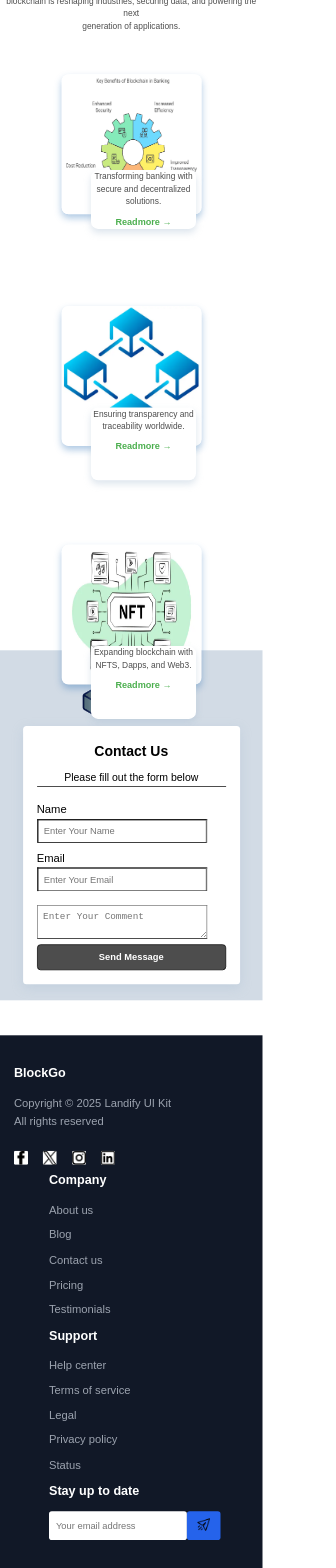
Repository: Tafsirul555/Assignment
Page: Assignment/index.html
The author's editor kept a copy of each file at every save. The page is drawn from the files as they stood at one save, then again after the next save.
The browser window is 375 px wide. The page is 480 px wide, so the pictures cover 480 px, including what lies to the right of the window. The pictures show the part of the page from y = 2870 to 5110 px (the page is 5110 px tall), at 70% of full size.

Above is the page before, as saved 2025-06-12 23:36:02.

### Assignment/index.html
<!DOCTYPE html>
<html lang="en">
<head>
    <meta charset="UTF-8">
    <meta name="viewport" content="width=device-width, initial-scale=1.0">
    <link rel="stylesheet" href="Assignment1.css">
    <title>Document</title>
</head>
<body>
    <nav class="navbar">

        <div class="logo">
            <h1>BlockGo</h1>
        </div>

        <div class="nav-link">

                    <a href="#">Home</a>
                    <a href="#">Blog</a>
                    <a href="#">Contact</a>
                    <a href="#">About</a>
        </div>
        <div class="Data">
            <a href="#" class="SignUp">Sign Up</a>
            <p>&nbsp;or&nbsp;</p>
            <a href="#" class="Login">Login</a>
        </div>
    </nav>

    <header class="Headerbar">

        <div class="Header-banner">
            <h1>Learn Center</h1>
            <p>Your hub for no-nonsense articles, videos, and how-to guides to help you get up to speed on all things crypto and blockchain</p>

            <a href="#" class="headerbutton">Learn More</a>
        </div>
         <div class="bannerpic">
            <img src="../Assignment/Pic/blockchain-20-8079799-6591924-removebg-preview.png" alt="Blockchain">
        </div>
    </header>

    <main class="mainbar">
        <div class="main-text">
        <h1>Our Clients</h1>
        <p>We have been working with some fortune 500+ clients</p>
        </div>

        <div class="main-pic">
            <img src="../Assignment/Pic/icon/block.png" alt="block.png">
            <img src="../Assignment/Pic/icon/blockchain.png" alt="blockchain.png">
            <img src="../Assignment/Pic/icon/crypto-wallet.png" alt="crypto-wallet.png">
            <img src="../Assignment/Pic/icon/currency-exchange (1).png" alt="currency-exchange (1).png">
            <img src="../Assignment/Pic/icon/currency-exchange.png" alt="currency-exchange.png">
            <img src="../Assignment/Pic/icon/secure.png" alt="secure.png">
        </div>
    </main>

    <section class="sectionbar">
        <div class="section-text">
        <h1>Explore the Power of <br>Blockchain in key Sectors</h1>

<p>Who can benefit from blockchain technology?</p>
</div>
    </section>

    <article class="articlebar">

        <div class="article-cc">
            <img src="../Assignment/Pic/icon/group (1).png" alt="group.png">
            <h1>Creator Communities</h1>
            <p>Support creators with NFT<br>marketplaces and direct engagement<br>with their audience.</p>
            </div>

       <div class="article-fi">
        <img src="../Assignment/Pic/icon/corporation.png" alt="corporation.png">
       <h1>Financial Institutions</h1>
       <p>Blockchain enables secure,<br>transparent, and decentralized<br>financial transactions</p>
        </div>

        <div class="article-scm">
            <img src="../Assignment/Pic/icon/procurement.png" alt="procurement.png">
            <h1>Supply Chain Management</h1>
            <p>Enhance traceability, transparency,<br>and operational efficiency across<br>global supply chains</p>
        </div>
    </article>

    <figure class="figurebar">

        <div class="figure-text">
            <h2>Helping Blockchain<br>Transform the World</h2>
            <p>We reached here with innovation and decentralization</p>
        </div>

        <div class="figure-box">

            <div class="figure-box1">

        <div class="figure-bn">
            <div class="figure-bn-img">
            <img src="../Assignment/Pic/icon/group.png" alt="">
            </div>
            <div class="figure-bn-text">
            <h2>120+</h2>
            <p>Blockchain Network</p>
            </div>
        </div>

        <div class="figure-sc">
            <div class="figure-sc-img">
            <img src="../Assignment/Pic/icon/mutual.png" alt="">
            </div>
            <div class="figure-sc-text">
            <h2>420,000+</h2>
            <p>Smart Contracts</p>
            </div>
        </div>
        </div>

        <div class="figure-box2">
        <div class="figure-tvl">
            <div class="figure-tvl-img">
            <img src="../Assignment/Pic/icon/tap.png" alt="">
            </div>
            <div class="figure-tvl-text">
            <h2>$150 Billion+</h2>
            <p>Total Value Locked</p>
            </div>
        </div>

        <div class="figure-aw">
            <div class="figure-aw-img">
            <img src="../Assignment/Pic/icon/wallet.png" alt="">
            </div>
            <div class="figure-aw-text">
            <h2>1,245,000+</h2>
            <p>Active Wallets</p>
            </div>
        </div>
        </div>
        </div>
    </figure>

    <aside class="BlockchainFuture">

        <div class="BlockchainFuture-text">
            <h2>Blockchain: The Foundation of the Future</h2>
            <p>Discover the latest blockchain trends, innovations, and use cases. Learn how <br>blockchain is reshaping industries, securing data, and powering the next <br>generation of applications.</p>
        </div>

    <div class="BlockchainFutureBox">

    <div class="BlockchainFuture-box1">
        <div class="img1">
            <img src="../Assignment/Pic/bank.png" alt="bank">
        </div>
        <div class="text1">
        <p>Transforming banking with<br>secure and decentralized<br>solutions.</p>
        <p class="readmore">Readmore →</p>
        </div>
    </div>

    <div class="BlockchainFuture-box2">
        <div class="img2">
            <img src="../Assignment/Pic/transparency.webp" alt="transparency">
        </div>
        <div class="text2">
        <p>Ensuring transparency and<br>traceability worldwide.</p>
        <p class="readmore">Readmore →</p>
        </div>
    </div>

    <div class="BlockchainFuture-box3">
        <div class="img3">
            <img src="../Assignment/Pic/Top-10-NFT-DApps-in-2023-01.webp" alt="NFT DApps">
        </div>
        <div class="text3">
        <p>Expanding blockchain with<br>NFTS, Dapps, and Web3.</p>
        <p class="readmore">Readmore →</p>
        </div>
    </div>

</div>

  </aside>

  <div class="Contact">

    <div class="Contact-Img">
        <img src="../Assignment/Pic/blockchain.png" alt="Blockchain">
    </div>

    <div class="Contact-Form">
        <form action="">
            <caption><h1>Contact Us</h1> <p>Please fill out the form below</p></caption>
        <form action="">

            <label for="name">Name</label>
            <input type="text" name="Name" id="name" placeholder="Enter Your Name" required> <br>

            <label for="email">Email</label>
            <input type="email" name="Email" id="email" placeholder="Enter Your Email" required> <br>

            <textarea name="Comment" id="comment" placeholder="Enter Your Comment"  required></textarea>

            <button type="submit">Send Message</button>
        </form>
    </div>
  </div>

  <footer class="footer">
  <div class="footer-container">
    <div class="footer-column1">
      <h4>BlockGo</h4>
      <p>Copyright &copy; 2025 Landify UI Kit <br> All rights reserved</p>
      <div class="footer-socials">
        <a href="#"><img src="../Assignment/Pic/icon/facebook.png " alt="Facebook"></a>
        <a href="#"><img src="../Assignment/Pic/icon/twitter.png" alt="Twitter"></a>
        <a href="#"><img src="../Assignment/Pic/icon/instagram.png" alt="Instagram"></a>
        <a href="#"><img src="../Assignment/Pic/icon/linkedin.png" alt="linkedin"></a>
      </div>
    </div>

    <div class="footer-column">
      <h4>Company</h4>
      <ul>
        <li><a href="#">About us</a></li>
        <li><a href="#">Blog</a></li>
        <li><a href="#">Contact us</a></li>
        <li><a href="#">Pricing</a></li>
        <li><a href="#">Testimonials</a></li>
      </ul>
    </div>

    <div class="footer-column">
      <h4>Support</h4>
      <ul>
        <li><a href="#">Help center</a></li>
        <li><a href="#">Terms of service</a></li>
        <li><a href="#">Legal</a></li>
        <li><a href="#">Privacy policy</a></li>
        <li><a href="#">Status</a></li>
      </ul>
    </div>

    <div class="footer-column">
      <h4>Stay up to date</h4>
      <form class="newsletter-form">
        <input type="email" placeholder="Your email address">
        <button type="submit">
            <img src="../Assignment/Pic/icon/direct.png" alt="Send Icon">
        </button>
      </form>
    </div>
  </div>
</footer>

</body>
</html>

### Assignment/Assignment1.css
*{
    margin: 0;
    padding: 0;
    box-sizing: border-box;
    text-decoration: none;
}

body{
    font-family: Arial, sans-serif;
    line-height: 1.6;
    height: 100%;
    background: rgba(255, 255, 255, 1);
}

.navbar{
    width: 100%;
    height: 9vh;
    color: #f5f5ff 0%;
    box-shadow: 0px 2.78px 5.57px 0px rgba(171, 190, 209, 0.4);
    position: fixed;
    display: flex;
    justify-content: center;
    align-items: center;
}

.navbar div,
.navbar a,
.navbar h1,
.navbar p{
    display: inline-block;
}

.navbar .nav-link a{
    color: rgba(77, 77, 77, 1);
}


.navbar div,
.navbar a,
.navbar p{
    font-size: 2vh;
}

.navbar .logo,
.navbar .nav-link{
    margin-right: 290px;
}

.navbar .logo,
.navbar .nav-link,
.navbar .data,
.navbar p{
    padding: 10px;
    text-align: center;
}

.navbar .nav-link a{
    padding-right: 3vw;
}

.SignUp,
.Login{
    background-color: rgba(203, 213, 225, 1);
    width: 9vw;
    height: 7vh;
    padding: 10px;
    border-radius: 5px;
    text-align: center;
    font-weight: bold;
    color: black;
}

.Headerbar{
    width: 100%;
    height: 400px;
    background-color: rgba(245, 247, 250, 1);
    display: flex;
    justify-content: center;
    align-items: center;
    padding: 20px;
    gap: 27vw;
    flex-wrap: wrap;
}

.Header-banner{
    display: flex;
    flex-direction: column;
    align-content: center;
    max-width: 400px;
}

.bannerpic{
    width: 150px;
    height: auto;
    object-fit: contain;
    margin-top: 70px;
    margin-right: 20px;
}

.Headerbar p,
.Headerbar h1,
.Headerbar a,
.Headerbar img,
.Header-banner,
.bannerpic{
    background-color: rgba(245, 247, 250, 1);
}

.Headerbar h1{
    margin-top: 80px;
}

.Headerbar p,
.Headerbar h1,
.Headerbar a{
    padding-bottom: 20px;
}

.Header-banner h1{
    font-weight:bold;
    font-size: 44.55px;
    line-height: 52.9px;
    letter-spacing: 0%;
    color: rgba(77, 77, 77, 1);
}

.Header-banner p{
    max-width: 100%;
    word-wrap: break-word;
    color: rgba(77, 77, 77, 1);
    text-align: left;
}

.Header-banner .headerbutton{
    background-color: rgba(203, 213, 225, 1);
    width: 103px;
    height: 50px;
    padding: 10px;
    border-radius: 5px;
}

.Header-banner a{
    color: rgba(2, 6, 23, 1);
    font-family:'Times New Roman', Times, serif;
}

@media (max-width: 550px) {
  .Headerbar {
    flex-direction: column;
    justify-content: flex-start;
    align-items: center;
    height: auto;
  }

  .Header-banner{
    align-items: center;
    text-align: center;
    order: 1;
  }

  .bannerpic {
    width: 200px;
    margin-bottom: 20px;

  }
}

.mainbar{
    width: 100%;
    height: 500px;
    display: flex;
    text-align: center;
    flex-direction: column;
}

.mainbar img{
    display: inline-block;
    width: 27.8427791595459px;
    height: auto;
    margin-left: 120px;

}

.mainbar h1{
    margin-top: 120px;
    color: rgba(77, 77, 77, 1);
}

.mainbar p{
    color: rgba(77, 77, 77, 1);
}

.mainbar p,
.mainbar img{
    margin-top: 30px;
}

@media (max-width: 550px) {
  .mainbar {
    flex-direction: column;
    justify-content: flex-start;
    align-items: center;
    height: auto;
  }

  .main-pic {
    display: inline-block;
    width: 400px;

  }
}

section{
    margin-top: -72px;
}

section h1,
section p{
    text-align: center;
    max-width: 100%;
    word-wrap: break-word;
    color: rgba(77, 77, 77, 1);
}

section p{
    font-size: smaller;
}

@media (max-width: 550px) {
  .sectionbar {
    text-align: center;
    height: auto;
    margin-top: 50px;
  }
}


.articlebar{
    width: 100%;
    height: 200px;
    display: flex;
    justify-content: space-between;
    align-items: center;
    text-align: center;
    flex-wrap: wrap;
    display: inline-block;
    margin-top: 100px;
    color: rgba(77, 77, 77, 1);
}

article img{
    width: 50px;
    height: auto;
}

.articlebar p{
    font-size: small;
}

.articlebar .article-cc,
.articlebar .article-fi,
.articlebar .article-scm{
    display: inline-block;
}

.articlebar .article-fi{
    margin-left: 75px;
    margin-right: 75px;
}

.figurebar{
    width: 100%;
    height: 250px;
    color: rgba(77, 77, 77, 1);
    background-color: rgba(245, 247, 250, 1);
    display: flex;
    justify-content: center;
    align-items: center;
    flex-wrap: wrap;
}

.figurebar .figure-text,
.figurebar .figure-bn,
.figurebar .figure-sc,
.figurebar .figure-tvl,
.figurebar .figure-aw,
.figurebar .figure-box,
.figurebar div,
.figurebar h2,
.figurebar p,
.figurebar img{
    background-color: rgba(245, 247, 250, 1);
}

.figurebar .figure-box img {
    width: 50px;
}

.figure-bn .figure-bn-img,
.figure-bn .figure-bn-text{
    display: inline-block;
}

.figure-sc .figure-sc-img,
.figure-sc .figure-sc-text{
    display: inline-block;
}
.figure-tvl .figure-tvl-img,
.figure-tvl .figure-tvl-text{
    display: inline-block;
}

.figure-aw .figure-aw-img,
.figure-aw .figure-aw-text{
    display: inline-block;
}

.figure-box1 .figure-bn,
.figure-box1 .figure-sc{
    display: inline-block;
}
.figure-box2 .figure-tvl,
.figure-box2 .figure-aw{
    display: inline-block;
}

.figurebar .figure-text{
    margin-right: 150px;
}

.figurebar .figure-bn,
.figure-box .figure-tvl{
    padding-right: 6vw;
}

.figurebar .figure-box1{
    margin-bottom: 2vw;
}

.figurebar img{
    margin-right: 10px;
}

@media (max-width: 550px) {
  .figurebar {
    flex-direction: column;
    display: flex;
    align-items: center;
    justify-content: center;
    align-items: center;
    height: auto;
  }

  .figure-text,
  .figure-box{
    margin-left: 80px;
    margin-top: 50px;
  }

  .figure-text {
    text-align: center;
  }

  .figure-box {
    display: flex;
    justify-content: center;
    display: inline-block;
    width: 400px;

  }

  .figurebar .figure-text,
.figurebar .figure-bn,
.figurebar .figure-sc,
.figurebar .figure-tvl,
.figurebar .figure-aw,
.figurebar .figure-box,
.figurebar div,
.figurebar h2,
.figurebar p,
.figurebar img{
    background-color: rgba(245, 247, 250, 1);
}
}

.BlockchainFuture {
    width: 100%;
    height: auto;
    color: rgba(77, 77, 77, 1);
    padding: 50px 0;
    position: relative;
}

.BlockchainFuture-text {
    margin-bottom: 50px;
    text-align: center;
}

.BlockchainFuture .BlockchainFuture-text p{
    font-size: 12px;
    line-height: 1.5;
}

.BlockchainFutureBox {
    display: flex;
    justify-content: center;
    flex-wrap: wrap;
}

.BlockchainFuture-box1,
.BlockchainFuture-box2,
.BlockchainFuture-box3 {
    width: 300px;
    text-align: center;
    max-width: 400px;

}

.BlockchainFutureBox img {
    width: 200px;
    height: 200px;
    box-shadow: 0px 5.57px 11.14px 0px rgba(51, 118, 186, 0.4);
    border-radius: 10px;
}

.BlockchainFutureBox p {
    font-size: 14px;
    margin: 10px 0;
}

.BlockchainFuture-box1 .text1,
.BlockchainFuture-box2 .text2,
.BlockchainFuture-box3 .text3{
    width: 150px;
    box-shadow: 0px 5.57px 11.14px 0px rgba(171, 190, 209, 0.4);
    border-radius: 10px;
    margin-left: 77px;
    position: absolute;
    background-color: white;
    top: 76%;
    max-width: 200px;
}

.BlockchainFuture-box1 .text1 p,
.BlockchainFuture-box2 .text2 p,
.BlockchainFuture-box3 .text3 p{
    font-size: 12px;
    line-height: 1.5;
    display: block;
}

.BlockchainFuture-box1 .text1 .readmore,
.BlockchainFuture-box2 .text2 .readmore,
.BlockchainFuture-box3 .text3 .readmore{
    font-weight: bold;
    font-size: 13px;
    color: rgba(76, 175, 79, 1);

}

.BlockchainFuture-box2 .text2 ,
.BlockchainFuture-box3 .text3{
    height: 103.5px;
}

.BlockchainFuture-box1 .img1,
.BlockchainFuture-box2 .img2,
.BlockchainFuture-box3 .img3{
    pointer-events: none;
    display: block;
}

.BlockchainFutureBox .BlockchainFuture-box1 :hover{
    background-color: rgba(204, 193, 193, 0.98);
}

.BlockchainFutureBox .BlockchainFuture-box2 :hover{
    background-color: rgba(204, 193, 193, 0.98);
}

.BlockchainFutureBox .BlockchainFuture-box3 :hover{
    background-color: rgba(204, 193, 193, 0.98);
}


@media (max-width: 480px) {
    .BlockchainFuture {
        display: flex;
        flex-direction: column;
        align-items: center;
        justify-content: flex-start;
        height: 1000px;
    }

    .BlockchainFuture-box1,
    .BlockchainFuture-box2,
    .BlockchainFuture-box3 {
        width: 100%;
        text-align: center;
        margin-bottom: 200px;
    }

    .BlockchainFuture-box2 {
        order: 1;
    }

    .BlockchainFuture-box3 {
        order: 2;
    }

    .BlockchainFuture-box1 .text1,
    .BlockchainFuture-box2 .text2,
    .BlockchainFuture-box3 .text3 {
        text-align: center;
        position: relative;
        margin-top: -180px;
       margin-left: 130px;

    }
}


.Contact{
    width: 100%;
    height: 450px;
    display: flex;
    justify-content: space-between;
    align-items: center;
    background-color: rgba(203, 213, 225, 0.85);
    margin-top: 100px;
}

.Contact img{
    width: 250px;
    height: auto;
    margin-left: 200px;
}

.Contact-Form{
    background-color: white;
    box-shadow: 0 5px 15px rgba(171, 190, 209, 0.4);
    color: black;
    width: 310px;
    height: 90%;
    padding: 20px;
    border-radius: 5px;
    position: relative;
    margin-right: 200px;
}

.Contact h1,p{
    text-align: center;
    margin-bottom: 10px;
}

.Contact input,
.Contact textarea{
    margin-bottom: 6px;
    padding: 3px;
    border-bottom: 1px solid black;
}

.Contact p{
    border-bottom: 1px solid black;
    margin-bottom: 20px;
}

.Contact button{
    padding: 10px;
    /* background-color: rgba(205, 25, 25, 0.765); */
    margin-top: 8px;
    border-radius: 5px;
    border: 1px solid black;
    width: 100%;
    text-align: center;
    display: block;
    margin: 20px auto 0;
    background-color: rgba(77, 77, 77, 1);
    color: white;
    font-weight: bold;
    cursor: pointer;
}

.Contact button:hover{
    /* background-color: rgb(104, 4, 4); */
    color: black;
    border: none;
    background-color: rgba(164, 153, 153, 0.929);
}

.Contact input[type="text"],
.Contact input[type="email"],
.Contact textarea[name="Comment"]{
    width: 100%;
    padding: 8px;
    margin-bottom: 10px;
}

.Contact textarea[name="Comment"]{
    margin-top: 10px;
}

@media (max-width: 450px) {

    .Contact {
        flex-direction: column;
        width: 100%;
        height: 500px;
    }

    .Contact-Img{
    width: 150px;
    height: auto;
}

 .Contact-Img img{
    width: 100px;
    height: auto;
    margin-left: 0px;
}

.Contact-Form{
    background-color: white;
    box-shadow: 0 5px 15px rgba(171, 190, 209, 0.4);
    color: black;
    width: 310px;
    height: 80%;
    padding: 20px;
    border-radius: 5px;
    position: relative;
    margin-left: 200px;
    margin-bottom: 10000px;
}

.Contact h1{
    text-align: center;
    margin-bottom: 10px;
    font-size: 20px;
}

.Contact p{
    text-align: center;
    font-size: 15px;
    border-bottom: 1px solid black;
}


.Contact input,
.Contact textarea{
    margin-bottom: 6px;
    padding: 3px;
    border-bottom: 1px solid black;
}

.Contact button{
    padding: 10px;
    border-radius: 5px;
    border: 1px solid black;
    width: 100%;
    text-align: center;
    display: block;
    background-color: rgba(77, 77, 77, 1);
    color: white;
    font-weight: bold;
    cursor: pointer;
    margin-top: -10px;
}

.Contact button:hover{
    color: black;
    border: none;
    background-color: rgba(164, 153, 153, 0.929);
}

.Contact input[type="text"],
.Contact input[type="email"],
.Contact textarea[name="Comment"]{
    width: 90%;
    padding: 8px;
    margin-bottom: 10px;
}

.Contact textarea[name="Comment"]{
    margin-top: 10px;
}
    }


.footer {
    background-color: #111827;
    color: white;
    padding: 40px 20px;
}

.footer-container {
    max-width: 1200px;
    margin: auto;
    display: flex;
    flex-wrap: wrap;
    justify-content: space-between;
}

.footer-column {
    margin-left: 50px;
}

.footer-column1 h4 {
    font-size: 18px;
    margin-bottom: 15px;
    color: #ffffff;
}
.footer-column1 img {
    background-color: white;
    border-radius: 2px;
    margin-top: 20px;
}
.footer-column1 p {
    text-align: left;
}

.footer-column h4,
.footer-column h3 {
    font-size: 18px;
    margin-bottom: 15px;
    color: #ffffff;
}

.footer-column ul {
    list-style: none;
    padding: 0;
}

.footer-column ul li {
    margin-bottom: 10px;
}

.footer-column ul li a {
    color: #9ca3af;
    transition: color 0.3s;
}
.footer-column1 {
    color: #9ca3af;
    transition: color 0.3s;
}

.footer-column ul li a:hover {
    color: white;
}

.footer-socials a img {
    width: 20px;
    margin-right: 17px;

}



.newsletter-form {
    display: flex;
}

.newsletter-form input[type="email"] {
    padding: 10px;
    border: none;
    border-radius: 4px;
}

.newsletter-form button {
    padding: 10px 15px;
    background-color: #2563eb;
    color: white;
    border: none;
    border-radius: 4px;
    font-weight: bold;
}

.newsletter-form button img{
    width: 18px;
}

.newsletter-form button:hover {
    background-color: #1d4ed8;
}

@media (max-width: 768px) {

    .footer{
        margin-top: 50px;
    }
    .footer-container {
        flex-direction: column;
        align-items: flex-start;
    }
}

After the next save:
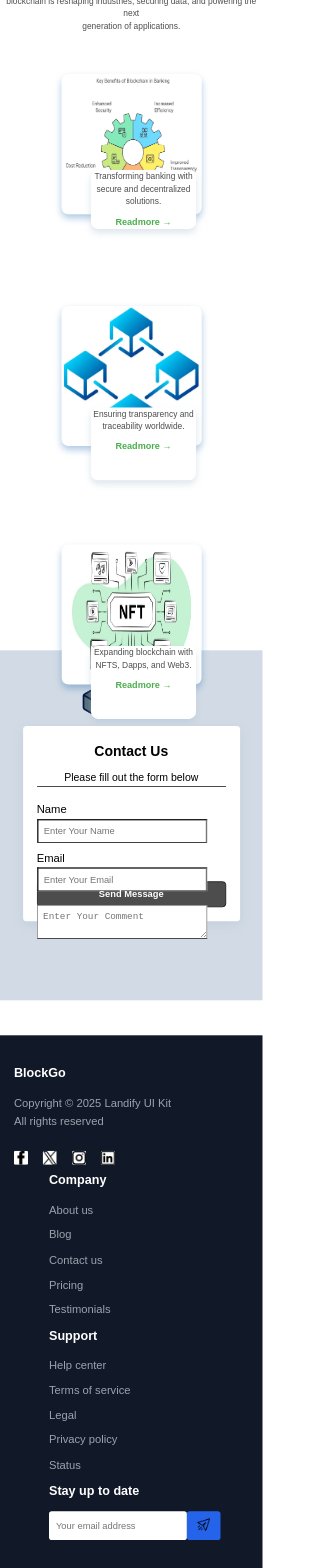
Saved 7 s later.
--- a/Assignment/Assignment1.css
+++ b/Assignment/Assignment1.css
@@ -663,7 +663,7 @@
     color: white;
     font-weight: bold;
     cursor: pointer;
-    margin-top: -10px;
+    margin-top: -100px;
 }
 
 .Contact button:hover{

After the save that followed:
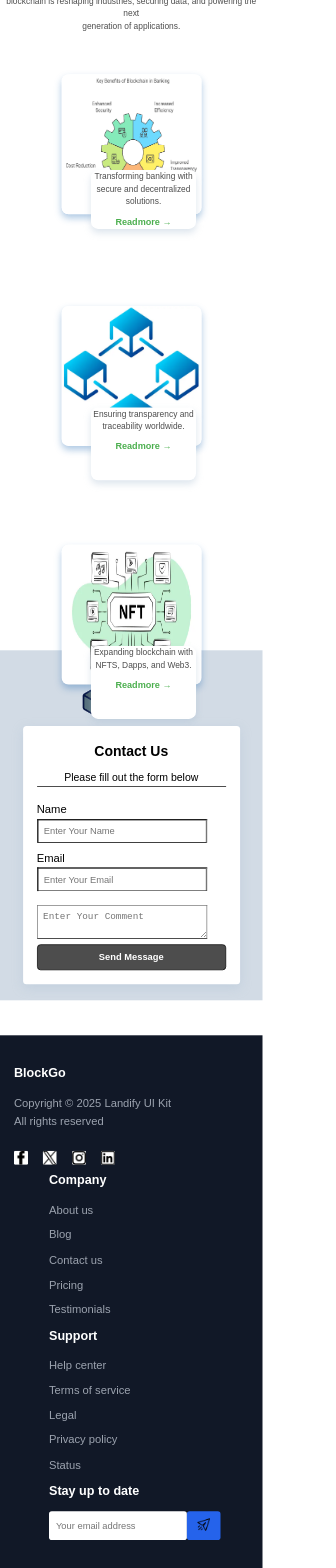
Saved 9 s later.
--- a/Assignment/Assignment1.css
+++ b/Assignment/Assignment1.css
@@ -663,7 +663,7 @@
     color: white;
     font-weight: bold;
     cursor: pointer;
-    margin-top: -100px;
+    margin-top: -10px;
 }
 
 .Contact button:hover{
